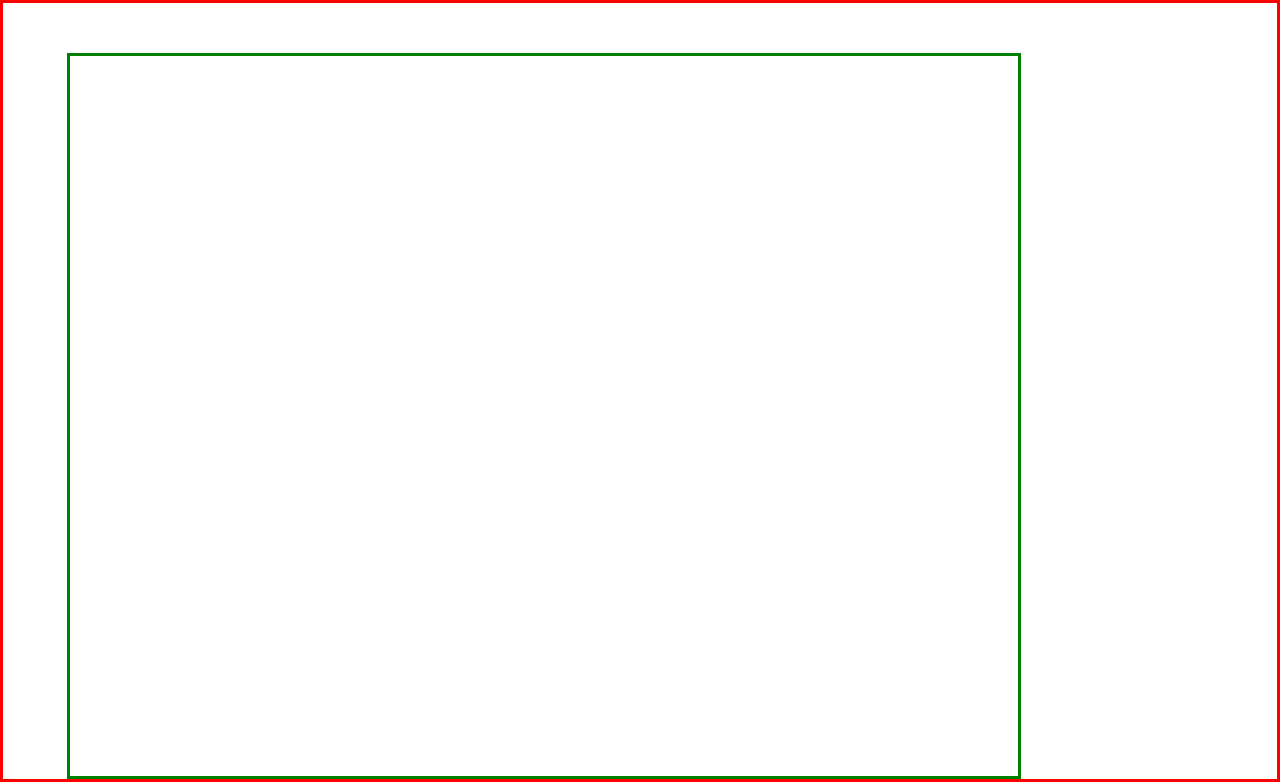
Repository: Achorn/achorn.github.io
Page: /
The author's editor kept a copy of each file at every save. The page is drawn from the files as they stood at one save, then again after the next save.
The browser window is 1280 px wide. The pictures show the whole page.
The project was rebuilt for these pictures with package versions that can differ from the ones it lists, and the page was loaded fresh each time.

Above is the page before, as saved 2023-05-08 10:31:14.

After the next save:
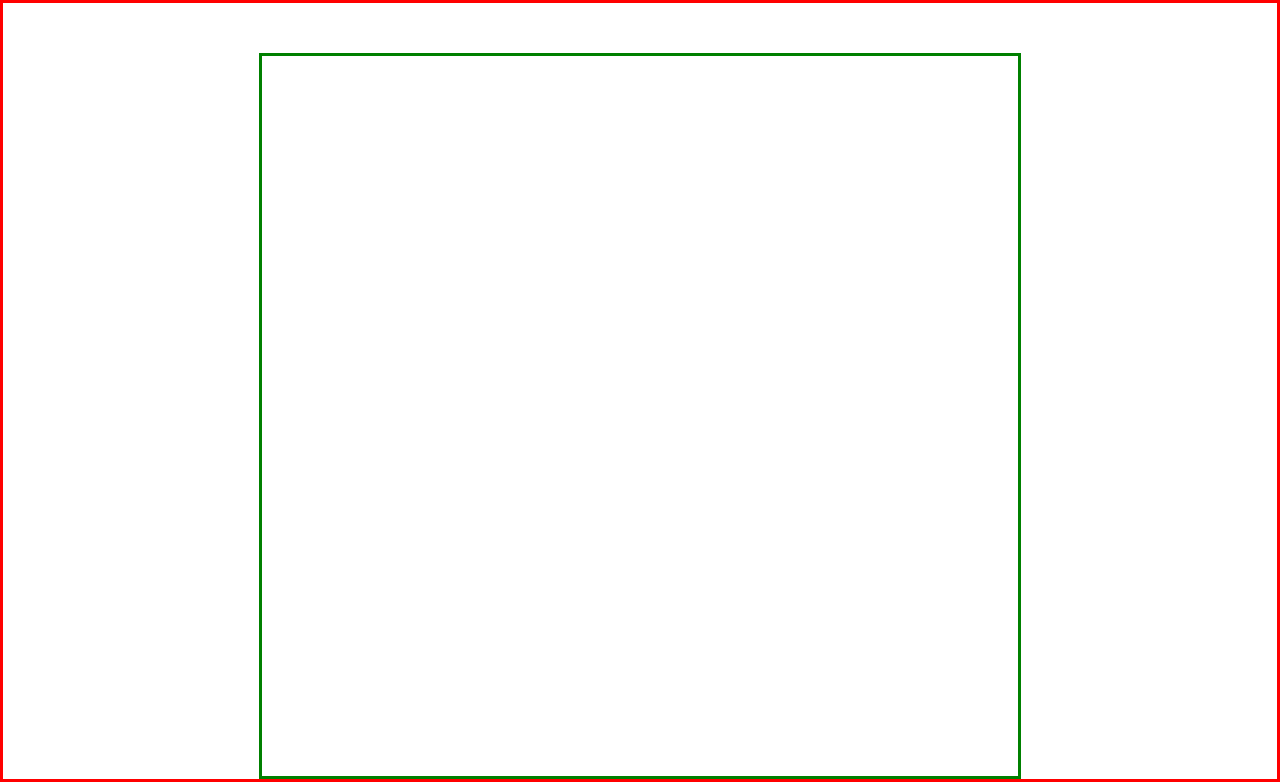
Saved 8 s later.
--- a/src/App.css
+++ b/src/App.css
@@ -3,7 +3,7 @@
   border-style: solid;
   border-color: red;
   padding-top: 50px;
-  padding-left: 5vw;
+  padding-left: 20vw;
   padding-right: 20vw;
 }
 
